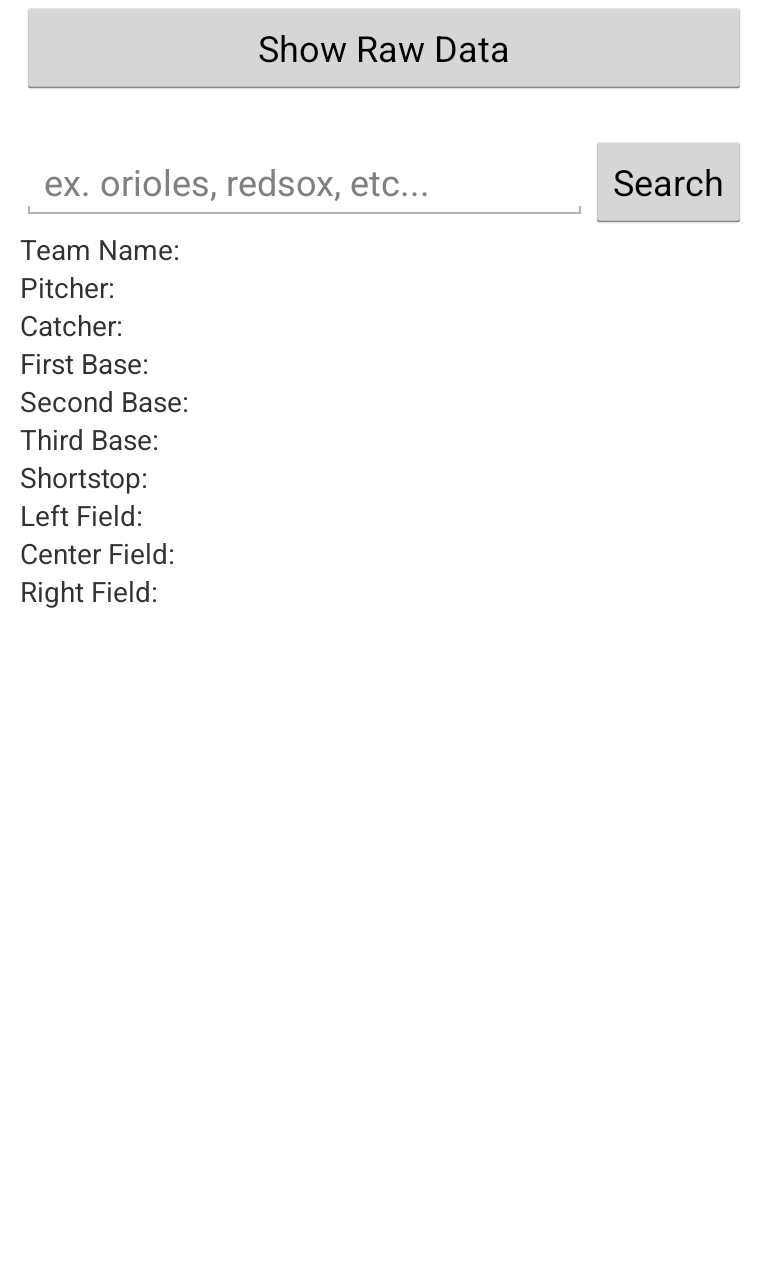
Repository: jemcphe/java1
Layout: teamG.M./TeamGM/res/layout/applayout.xml
The author's editor kept a copy of each file at every save. The layout is drawn from the files as they stood at one save, then again after the next save.
It is drawn on a 768 x 1280 px phone screen (xhdpi) without system bars, with theme AppTheme; the app's code is not run.

Above is the layout before, as saved 2013-05-27 04:55:07.

After the next save:
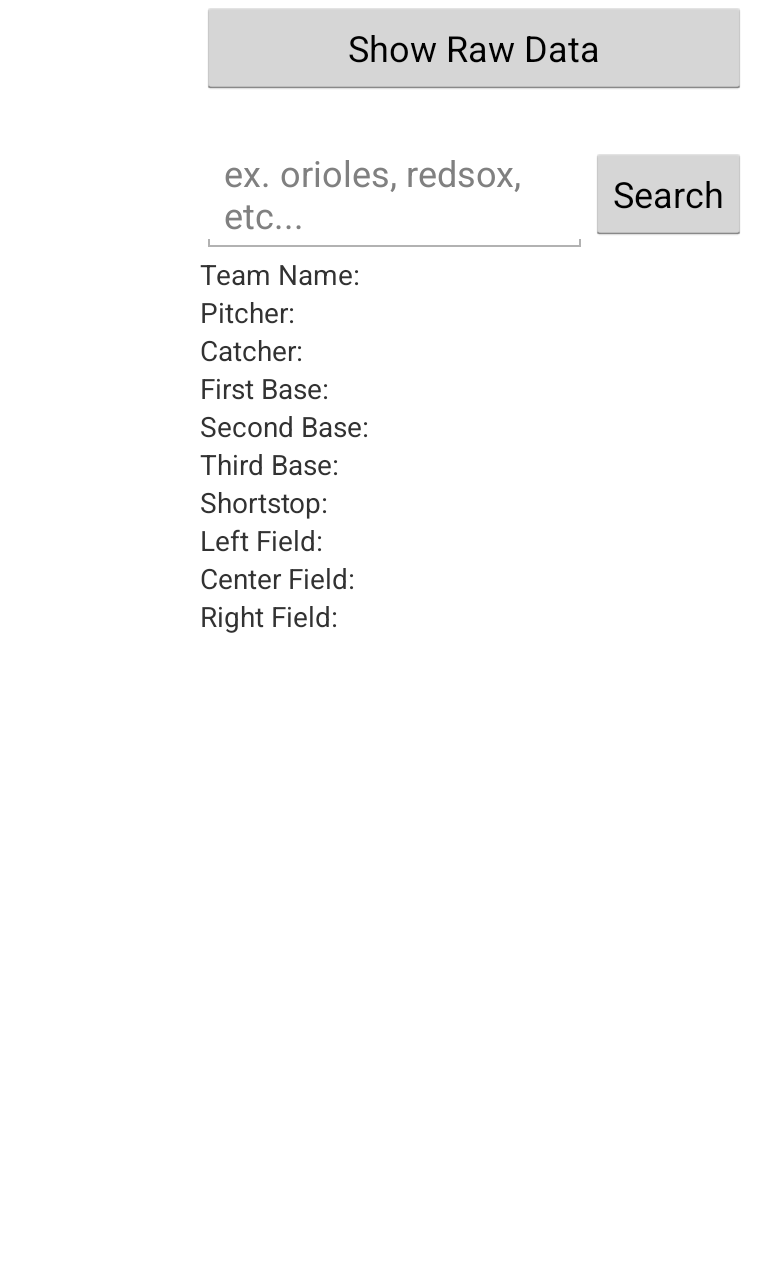
Saved 7 min 57 s later.
--- a/teamG.M./TeamGM/res/layout/applayout.xml
+++ b/teamG.M./TeamGM/res/layout/applayout.xml
@@ -3,7 +3,7 @@
     android:layout_width="fill_parent"
     android:layout_height="fill_parent"
     android:orientation="vertical"
-    android:paddingLeft="10dp"
+    android:paddingLeft="100dp"
     android:paddingRight="10dp" >
 
     <LinearLayout
